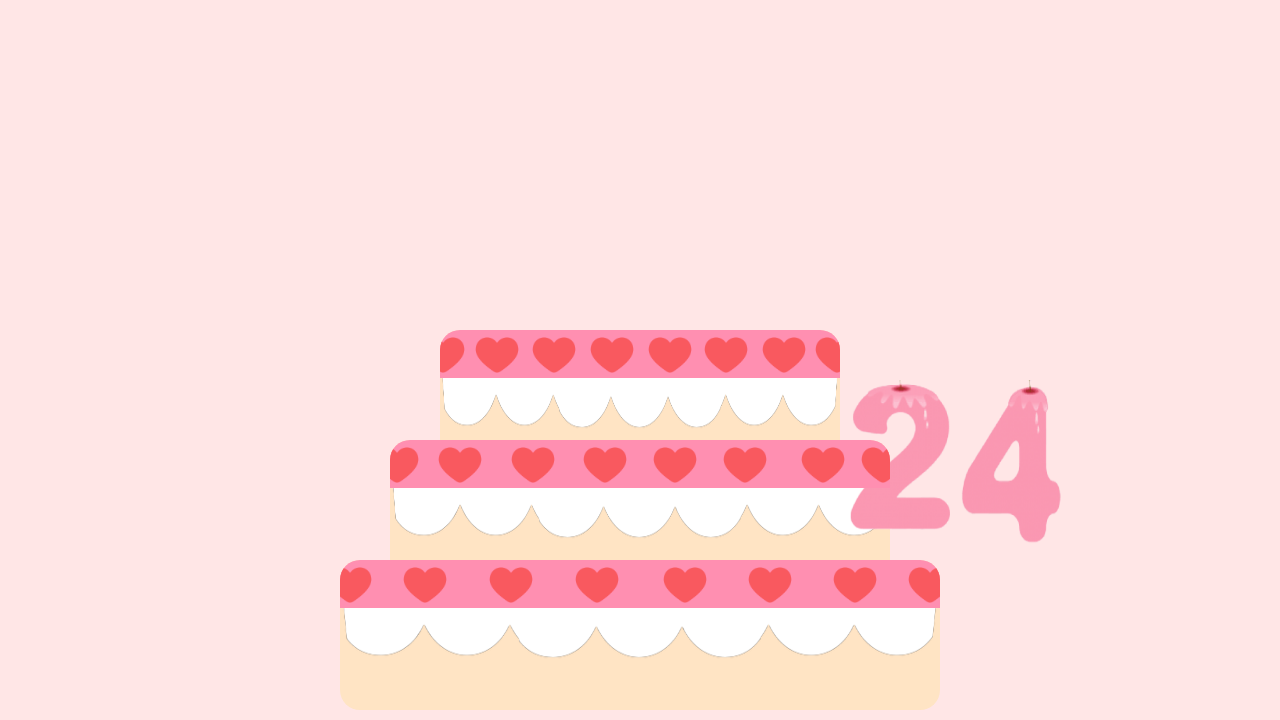
Repository: iphoneboy46/happybirthday
Page: index.html
The author's editor kept a copy of each file at every save. The page is drawn from the files as they stood at one save, then again after the next save.
The browser window is 1280 px wide. The pictures show the whole page.

Above is the page before, as saved 2022-11-28 17:46:35.

After the next save:
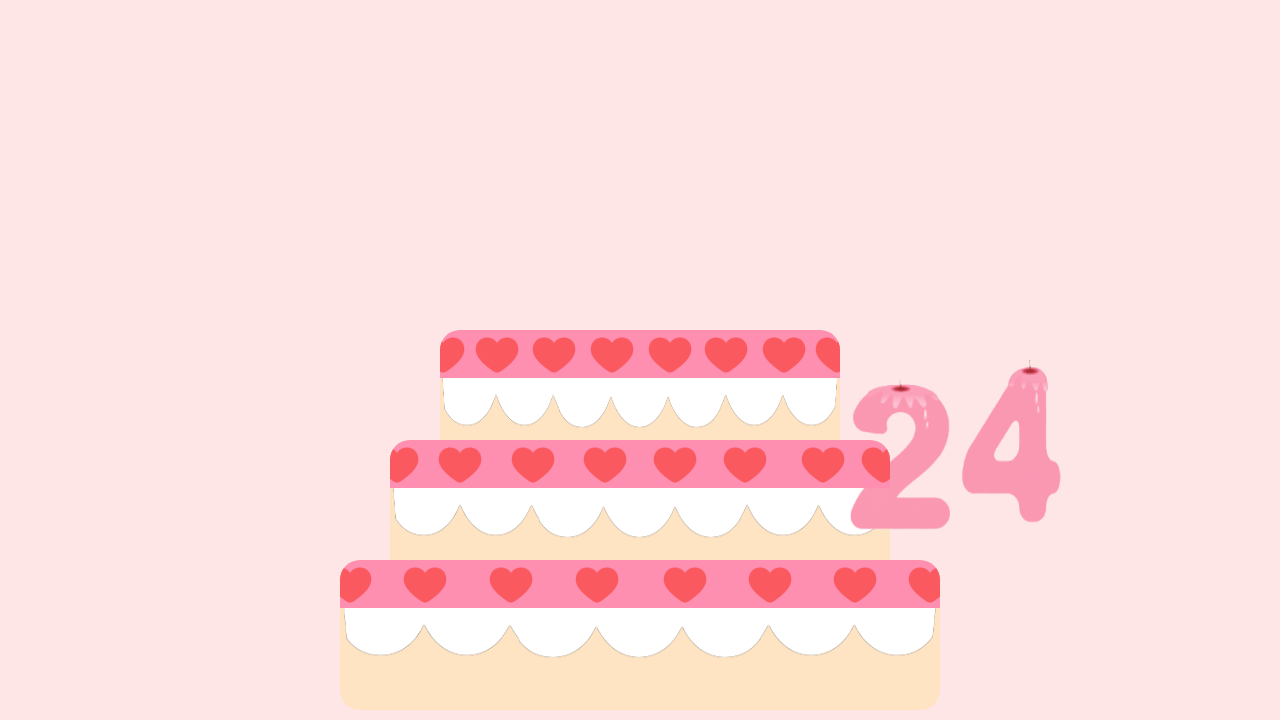
Saved 5 s later.
--- a/style.css
+++ b/style.css
@@ -461,7 +461,7 @@
     position: absolute;
     width: 140px;
     height: 180px;
-    top: 380px;
+    top: 360px;
     left: 950px;
 }
 
